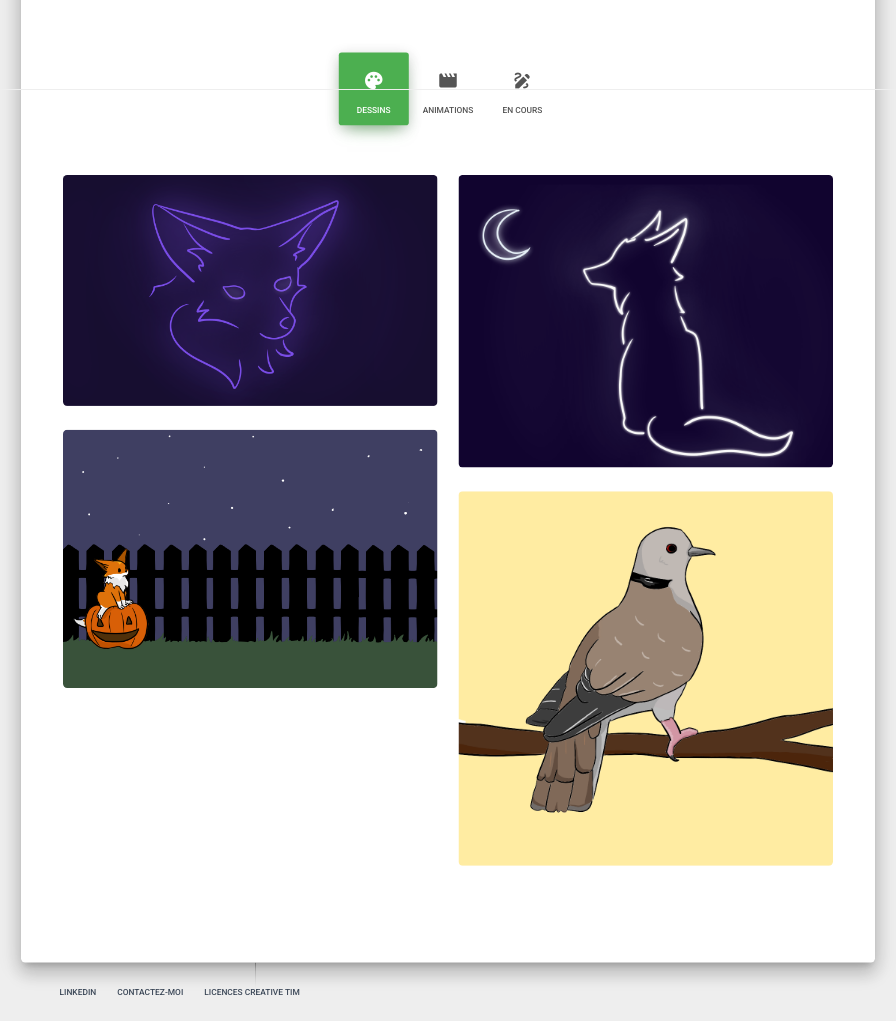
Repository: sdeschaepmeester/NewPortfolio
Page: /#/design
An editor plug-in stored every save of this project. The page is shown before and after the next save, followed by the edit.
The browser window is 1280 px wide. The pictures show the part of the page from y = 507 to 2427 px (the page is 1966 px tall before and 2733 px after), at 70% of full size.
Some web libraries are served in a nearby version. The project was rebuilt for these pictures with package versions that can differ from the ones it lists, and the page was loaded fresh each time. Also part of the build but not shown: vue.config.js, src/views/components/APropos.vue, src/views/components/NavigationSection.vue, src/views/components/SmallNavigationSection.vue, src/components/Dropdown.vue, src/components/Pagination.vue, src/components/Slider.vue, src/components/Badge.vue and 13 more.

Above is the page before, as saved 2022-07-08 15:33:43.

### public/index.html
<!--

=========================================================
* Vue Material Kit - v1.2.2
=========================================================

* Product Page: https://www.creative-tim.com/product/vue-material-kit
* Copyright 2019 Creative Tim (https://www.creative-tim.com)
* Licensed under MIT (https://github.com/creativetimofficial/vue-material-kit/blob/master/LICENSE.md)

* Coded by Creative Tim

=========================================================

* The above copyright notice and this permission notice shall be included in all copies or substantial portions of the Software.

-->

<!DOCTYPE html>
<html lang="en">
  <head>
    <meta charset="utf-8">
    <meta http-equiv="X-UA-Compatible" content="IE=edge">
    <meta name="viewport" content="width=device-width,initial-scale=1.0">
    <link rel="icon" href="<%= BASE_URL %>favicon.png">
    <title>Portfolio - Samantha Deschaepmeester</title>

    <!--  Fonts and icons     -->
    <link rel="stylesheet" type="text/css" href="https://fonts.googleapis.com/css?family=Roboto:300,400,500,700|Roboto+Slab:400,700|Material+Icons" />
    <link rel="stylesheet" href="//fonts.googleapis.com/icon?family=Material+Icons">
    <link href="https://use.fontawesome.com/releases/v5.0.8/css/all.css" rel="stylesheet">
  </head>
  <body>
    <noscript>
      <strong>We're sorry but vue-material-kit doesn't work properly without JavaScript enabled. Please enable it to continue.</strong>
    </noscript>
    <div id="app"></div>
    <!-- built files will be auto injected -->
  </body>
</html>

### src/views/Design.vue
<template>
  <div class="wrapper">
    <parallax
      class="section page-header header-filter"
      :style="headerStyle"
    ></parallax>
    <div class="main main-raised">
      <div class="section profile-content">
        <div class="container">
          <div class="md-layout">
            <div class="md-layout-item md-size-50 mx-auto">
              <div class="profile">
                <div class="avatar">
                </div>
                <div class="name">
                  <h3 class="title">Design</h3>
                </div>
              </div>
            </div>
          </div>
          <div class="description text-center">
            <p>
              Férue de dessin et de peinture, j'ai pris l'initiative d'apprendre par moi-même le dessin sur tablette, pour par la suite apprendre à faire des animations 2D.
            </p>
          </div>
          <h5>Beaucoup de ces dessins représente un renard ou espèce proche; étant actuellement entrain de développer un jeu où le personnage principal
             est un renard, j'essaie de perfectionner mon style en dessinant les personnages de cet univers pour pouvoir un jour réaliser la promotion de mon jeu moi-même.
          </h5>
          <div class="profile-tabs">
            <tabs
              :tab-name="['Dessins', 'Animations', 'En cours']"
              :tab-icon="['palette', 'movie', 'draw']"
              plain
              nav-pills-icons
              color-button="success"
            >
              <!-- here you can add your content for tab-content -->
              <template slot="tab-pane-1">
                <div class="md-layout">
                  <div class="md-layout-item  ml-auto">
                    <img :src="tabPane1[0].image" class="rounded" />
                    <img :src="tabPane1[1].image" class="rounded" />
                  </div>
                  <div class="md-layout-item md-size-50 ml-auto">
                    <img :src="tabPane1[3].image" class="rounded" />
                    <img :src="tabPane1[2].image" class="rounded" />
                  </div>
                </div>
              </template>
              <template slot="tab-pane-2">
                <div class="md-layout">
                  <div class="md-layout-item md-size-25 ml-auto">
                    <img :src="tabPane2[0].image" class="rounded" />
                    <img :src="tabPane2[1].image" class="rounded" />
                    <img :src="tabPane2[2].image" class="rounded" />
                  </div>
                  <div class="md-layout-item md-size-25 mr-auto">
                    <img :src="tabPane2[3].image" class="rounded" />
                    <img :src="tabPane2[4].image" class="rounded" />
                  </div>
                </div>
              </template>
              <template slot="tab-pane-3">
                <div class="md-layout">
                  <div class="md-layout-item md-size-25 ml-auto">
                    <img :src="tabPane3[0].image" class="rounded" />
                    <img :src="tabPane3[1].image" class="rounded" />
                  </div>
                  <div class="md-layout-item md-size-25 mr-auto">
                    <img :src="tabPane3[2].image" class="rounded" />
                    <img :src="tabPane3[3].image" class="rounded" />
                    <img :src="tabPane3[4].image" class="rounded" />
                  </div>
                </div>
              </template>
            </tabs>
          </div>
        </div>
      </div>
    </div>
  </div>
</template>

<script>
import { Tabs } from "@/components";
export default {
  components: {
    Tabs
  },
  bodyClass: "profile-page",
  data() {
    return {
      tabPane1: [
        { image: require("@/assets/img/drawing/neon-fox.png") },
        { image: require("@/assets/img/drawing/fox-pumpkin.png") },
        { image: require("@/assets/img/drawing/andrew.png") },
        { image: require("@/assets/img/drawing/foxmoon.png") },
        { image: require("@/assets/img/drawing/github.png") },
        { image: require("@/assets/img/drawing/black-fox.png") },
        { image: require("@/assets/img/drawing/fox-silhouette1.png") },
        { image: require("@/assets/img/drawing/fox-silhouette2.png") },
        { image: require("@/assets/img/drawing/fox-sketch.png") },
        { image: require("@/assets/img/drawing/knight_full.png") },
        { image: require("@/assets/img/drawing/knight.png") },
        { image: require("@/assets/img/drawing/logo.png") },
        { image: require("@/assets/img/drawing/coyote.png") },
      ],
      tabPane2: [
        { image: require("@/assets/img/animation/dog_computer.gif") },
        { image: require("@/assets/img/animation/fox_painting.gif") },
        { image: require("@/assets/img/animation/fox_first_anim.gif") },
        { image: require("@/assets/img/animation/fox_shelf.gif") },
        { image: require("@/assets/img/animation/fox_munching.gif") },
      ],
      tabPane3: [
        { image: require("@/assets/img/examples/mariya-georgieva.jpg") },
        { image: require("@/assets/img/examples/studio-3.jpg") },
        { image: require("@/assets/img/examples/clem-onojeghuo.jpg") },
        { image: require("@/assets/img/examples/olu-eletu.jpg") },
        { image: require("@/assets/img/examples/studio-1.jpg") }
      ]
    };
  },
  props: {
    header: {
      type: String,
      default: require("@/assets/img/design.png")
    },
    img: {
      type: String,
      default: require("@/assets/img/faces/christian.jpg")
    }
  },
  computed: {
    headerStyle() {
      return {
        backgroundImage: `url(${this.header})`
      };
    }
  }
};
</script>

<style lang="scss" scoped>
.section {
  padding: 0;
}

.profile-tabs::v-deep {
  .md-card-tabs .md-list {
    justify-content: center;
  }

  [class*="tab-pane-"] {
    margin-top: 3.213rem;
    padding-bottom: 50px;

    img {
      margin-bottom: 2.142rem;
    }
  }
}
</style>

### src/layout/MainFooter.vue
<template>
  <footer
    class="footer"
    :class="{ [`footer-${type}`]: type }"
    :data-background-color="backgroundColor"
  >
    <div class="container">
      <nav>
        <ul>
          <li>
            <a href="https://www.linkedin.com/in/samantha-deschaepmeester/">
              LinkedIn
            </a>
          </li>
          <li>
            <a href="mailto:deschaepmeester.samantha@gmail.com">
              Contactez-moi
            </a>
          </li>
          <li>
            <a href="https://www.creative-tim.com/license">
              Licences Creative Tim
            </a>
          </li>
        </ul>
      </nav>
    </div>
  </footer>
</template>
<script>
export default {
  props: {
    backgroundColor: String,
    type: String
  },
  data() {
    return {
      year: new Date().getFullYear()
    };
  }
};
</script>
<style></style>

### src/assets/scss/material-kit/_carousel.scss
.VueCarousel-pagination {
  position: absolute;
  bottom: 5px;
  margin-bottom: 15px;
}

.VueCarousel-wrapper {
  border-radius: $border-radius-large;
}

.VueCarousel-dot {
  width: 10px !important;
  height: 10px !important;
  padding: 0 !important;
  margin: 10px;
  border: 1px solid #fff;
  background: #FFF !important;
  box-shadow: 0 2px 2px 0 rgba(0,0,0,.14), 0 3px 1px -2px rgba(0,0,0,.12), 0 1px 5px 0 rgba(0,0,0,.2);
  border-radius: 2px !important;
  transition: all .3s linear;

  &:focus {
    outline: 0 !important;
  }
}

.VueCarousel-dot--active {
  margin-top: 10px;
  transform: scale(1.5);
  box-shadow: 0 4px 5px 0 rgba(0,0,0,.14), 0 1px 10px 0 rgba(0,0,0,.12), 0 2px 4px -1px rgba(0,0,0,.2);
}

.carousel-caption {
  position: absolute;
  bottom: 25px;
  left: 0;
  right: 0;
  text-align: center;
  padding-top: 20px;
  padding-bottom: 45px;

  &,
  .md-icon,
  .fa,
  .fab,
  .fas {
    color: $white-color !important;
  }
}

.VueCarousel-navigation-prev {
  left: 95px !important;

}

.VueCarousel-navigation-next {
  right: 95px !important;
}

.VueCarousel-navigation-prev i,
.VueCarousel-navigation-next i {
  font-size: 50px;
  color: $white-color !important;
  opacity: .5;

  &:hover {
    opacity: 1;
  }
}

.VueCarousel-slide {
  position: relative;
}

### src/assets/scss/material-kit/_autocomplete.scss
.md-menu-content:not(.md-select-menu) .md-menu-content-container .md-list {
  .md-list-item {
    margin: 0 .3125rem;

    &:not(:last-child) {
      margin-bottom: 5px;
    }

    .md-list-item-button {
      background-color: transparent;
      color: $gray-dark !important;
      border-radius: 3px;

      &:hover {
        background-color: $brand-primary !important;
        @include shadow-big-color($brand-primary);
        color: #FFF !important;
      }

      .md-list-item-content {
        min-height: 38px;
        font-size: 13px;

        span {
          top: auto;
          left: auto;
          right: 0;
          padding-left: 15px;
          padding-right: 15px;
        }
      }
    }
  }
}

### src/assets/scss/material-kit/_info-areas.scss
.info{
    max-width: 360px;
    margin: 0 auto;
    padding: 70px 0 30px;

    .icon{
        color: $gray-color;

        > i{
            font-size: 3.85rem !important;
            min-width: auto;
            width: auto;
            height: auto;
            vertical-align: unset;
        }
    }
    .info-title{
        color: $black-color;
        margin: 0.875rem * 2 0 0.875rem;
    }
    p{
        color: $gray-color;
    }
}

.info-horizontal{
    .icon{
        float: left;
        margin-top: 24px;
        margin-right: 10px;

        >i{
            font-size: $font-size-h2;
        }
    }
    .description{
        overflow: hidden;
    }

}

.icon {

  &.icon-primary i{
    color: $brand-primary !important;
    }
  &.icon-info i{
    color: $brand-info !important;
  }
  &.icon-success i{
    color: $brand-success !important;
  }
  &.icon-warning i{
    color: $brand-warning !important;
  }
  &.icon-danger i{
    color: $brand-danger !important;
  }
  &.icon-rose i{
    color: $brand-rose !important;
}
}

### src/assets/scss/material-kit/_badges.scss
.badge {
  display: inline-block;
  border-radius: $border-radius-label;
  padding: 5px 12px;
  text-transform: uppercase;
  font-size: 10px;
  color: $white-color;
  font-weight: 500;
  line-height: 1;
  text-align: center;
  white-space: nowrap;
  vertical-align: baseline;

  &:not(:last-child) {
    margin-right: 5px;
  }

  @include badge-color();
}


.badge-default[href]:hover,
.badge-default[href]:focus {
  background-color: darken($gray-light, 5%);
}

.badge-primary[href]:hover,
.badge-primary[href]:focus {
  background-color: darken($brand-primary, 5%);
}

.badge-info[href]:hover,
.badge-info[href]:focus {
  background-color: darken($brand-info, 5%);
}

.badge-success[href]:hover,
.badge-success[href]:focus {
  background-color: darken($brand-success, 5%);
}

.badge-warning[href]:hover,
.badge-warning[href]:focus {
  background-color: darken($brand-warning, 5%);
  color: $white-color;
}

.badge-danger[href]:hover,
.badge-danger[href]:focus {
  background-color: darken($brand-danger, 5%);
}
.badge-rose[href]:hover,
.badge-rose[href]:focus {
  background-color: darken($brand-rose, 5%);
}

### src/assets/scss/material-kit/_tables.scss
.md-table-cell-container{
  padding: 0;
  .md-table-cell:last-child &{
    padding-right: 0;
    text-align: right;
    display: flex;
  }
}
.md-table-head-container{
  height: auto;
  padding: 0;
}
.md-tabs-content table thead{
  display: none;
}

.md-tabs-container tbody .md-table-row:first-child td{
  border: 0;
}

.md-table-cell{
  padding: 12px 8px;
  font-size: $font-size-base;
}

.md-table-head-label{
  font-size: $font-size-h5;
  padding-left: 8px;
  font-weight: 300;
}

.md-table .md-table-row:hover .md-table-cell{
  background-color: transparent !important;
}

.md-table .md-table-row:hover{
  background: $table-bg-hover !important;
}

.md-card-plain .md-card-content > div .md-table .md-table-content,
.md-card-plain .md-card-content > div .md-table {
  background-color: transparent !important;
}

.md-table{
  &[table-header-color="orange"] .md-table-head{
    color: $brand-warning !important;
  }
  &[table-header-color="purple"] .md-table-head{
    color: $brand-primary !important;
  }
  &[table-header-color="blue"] .md-table-head{
    color: $brand-info !important;
  }
  &[table-header-color="red"] .md-table-head{
    color: $brand-danger !important;
  }
  &[table-header-color="green"] .md-table-head{
    color: $brand-success !important;
  }

  .md-table-row td{
    border-top-color: rgba(0,0,0,.06) !important;
  }
}

### src/assets/scss/material-kit/_headers.scss
.page-header{
    height: 100vh;
    background-position: center center;
    background-size: cover;
    margin: 0;
    padding: 0;
    border: 0;
    display: flex;
    align-items: center;
    justify-content: center;

    .carousel .carousel-indicators{
        bottom: 60px;
    }

    > .container{
        color: $white-color;
    }

    .title{
        color: $white-color;
    }

    &.header-small{
        height: 65vh;
        min-height: 65vh;
    }

    .iframe-container{
        iframe{
            width: 100%;
            box-shadow: 0 16px 38px -12px rgba(0, 0, 0, 0.56),
                        0 4px 25px 0px rgba(0, 0, 0, 0.12),
                        0 8px 10px -5px rgba(0, 0, 0, 0.2);
        }
    }
}

.header-filter{
    position: relative;

    &:before,
    &:after{
        position: absolute;
        z-index: 1;
        width: 100%;
        height: 100%;
        display: block;
        left: 0;
        top: 0;
        content: "";
    }

    .md-layout{
        z-index: 2;
        position: relative;
    }
}
.clear-filter::before {
  background: none;
}

.purple-filter:after{
  background: rgba(101, 47, 142, 0.64);
  background: linear-gradient(45deg, rgba(101, 47, 142, 0.88) 0%, rgba(125, 46, 185, 0.45) 100%);
  background: -moz-linear-gradient(135deg, rgba(101, 47, 142, 0.88) 0%, rgba(125, 46, 185, 0.45) 100%);
  background: -webkit-linear-gradient(135deg, rgba(101, 47, 142, 0.88) 0%, rgba(125, 46, 185, 0.45) 100%);
}

### src/assets/scss/material-kit/_checkboxes.scss
.md-checkbox{
  .md-checkbox-container{
    border: 1px solid rgba(0, 0, 0, .54);
    border-radius: 3px;

    .md-ripple{
      overflow: hidden;
    }
  }

  &.md-checked .md-checkbox-container{
    &:after{
      border-color: $brand-primary !important;
      top: 1px;
      left: 6px;
    }
  }

  .md-checkbox-label{
    font-weight: 400;
    font-size: .875rem;
    color: #aaa;
    padding-left: 10px;
  }

  &.md-theme-default.md-checked .md-checkbox-container{
    background-color: transparent !important;
    border-color: inherit;
  }

  &.md-theme-default.md-checked .md-ripple{
    color: inherit;
  }

  &.md-disabled .md-checkbox-label,
  &.md-disabled .md-checkbox-container{
    opacity: .26;
    border-color: rgba(0, 0, 0, .54) !important;
  }

  &.md-checked.md-disabled .md-checkbox-container{
    background-color: transparent !important;
    border-color: rgba(0, 0, 0, .54) !important;
    opacity: .26;

    &:after{
      border-color: rgba(0, 0, 0, .54) !important;
    }
  }
}

### src/assets/scss/material-kit/_togglebutton.scss
.md-switch .md-switch-thumb .md-ripple,
.md-switch .md-switch-thumb:before {
  overflow: hidden;
}

.md-switch {
  display: flex;
  margin: 0;

  .md-switch-label {
    color: rgba(0,0,0,.26);
    font-size: 14px;
    line-height: 1.42857;
    font-weight: 400;
    margin-bottom: .5rem;
  }

  .md-switch-container{
    background-color: rgba(80,80,80,.7) !important;
  }

  .md-switch-thumb {
    background-color: $white-color !important;
    border: 1px solid rgba(0,0,0,.54);
    box-shadow: 0 1px 3px 1px rgba(0,0,0,.4);

    .md-ripple .md-ripple-wave{
      background-color: rgba(0,0,0,.54) !important;
    }
  }

  &.md-checked {
    .md-switch-thumb {
      border: 1px solid $brand-primary;

      .md-ripple .md-ripple-wave{
        background-color: rgba(156,39,176,.7) !important;
      }
    }

    .md-switch-container {
      background-color: rgba(156,39,176,.7) !important;
    }
  }
}

### src/assets/scss/material-kit/_radios.scss
.md-radio{

  .md-radio-label{
    padding-left: 10px;
    color: #aaa;
    font-size: .875rem;
    font-weight: 400;
  }

  .md-radio-container{
    border: 1px solid rgba(0,0,0,.54) !important;
    width: 15px;
    min-width: 15px;
    height: 15px;
    top: 2px;
    transition: .2s !important;

    &:after{
      transform: scale3D(0,0,0);
      transition: .2s !important;
      right: 2px;
      bottom: 2px;
      top: 2px;
      left: 2px;
      border-radius: 100%;
    }

    .md-ripple{
      overflow: hidden;

      .md-ripple-wave{
        background-color: $brand-primary;
      }
    }
  }

  &.md-checked .md-radio-container{
    border-color: $brand-primary !important;

    &:after{
      background-color: $brand-primary !important;
    }
  }

  &.md-disabled .md-radio-label,
  &.md-disabled .md-radio-container{
    opacity: .26;
    border-color: rgba(0, 0, 0, .54) !important;
  }

  &.md-checked.md-disabled .md-radio-container{
    background-color: transparent !important;
    border-color: rgba(0, 0, 0, .54) !important;
    opacity: .26;

    &:after{
      background-color: rgba(0, 0, 0, .54) !important;
    }
  }
}

### src/assets/scss/material-kit/_footers.scss
footer{
    padding: $padding-base 0;

    nav,
    .copyright{
      display: inline-block;
    }

    ul{
    padding: 0;
    margin: 0;
    list-style: none;

        li{
            display: inline-block;

            a{
                color: inherit !important;
                padding: $padding-base;
                font-weight: $font-weight-bold;
                font-size: $mdb-btn-font-size-base;
                text-transform: uppercase;
                border-radius: $border-radius-base;
                text-decoration: none;
                position: relative;
                display: block;

                &:hover{
                    text-decoration: none;
                }
            }

          &:first-child a{
            margin-left: -15px;
          }
        }
    }

    .copyright{
        padding: 15px 0;
        margin: 0;
        .md-icon{
            font-size: 18px !important;
            color: inherit !important;
            width: auto !important;
            min-width: auto !important;

        }
    }
}

### src/components/Parallax.vue
<template>
  <div :style="styles">
    <slot></slot>
  </div>
</template>
<script>
function debounce(func, wait, immediate) {
  let timeout;
  return function() {
    const context = this,
      args = arguments;
    clearTimeout(timeout);
    timeout = setTimeout(() => {
      timeout = null;
      if (!immediate) func.apply(context, args);
    }, wait);
    if (immediate && !timeout) func.apply(context, args);
  };
}
export default {
  name: "parallax",
  data() {
    return {
      styles: {},
      debounceTimeout: 6
    };
  },
  methods: {
    handleScroll(scrollVal) {
      let oVal = scrollVal / 3;
      this.styles = {
        transform: `translate3d(0, ${oVal}px,0)`
      };
    },
    checkForParallax(scrollVal) {
      let fn = debounce(
        () => this.handleScroll(scrollVal),
        this.debounceTimeout
      );
      fn();
    }
  },
  mounted() {
    let self = this;
    window.addEventListener("scroll", function() {
      if (window.innerWidth > 991) {
        let scrollVal = this.scrollY;
        self.checkForParallax(scrollVal);
      }
    });
  }
};
</script>

Loaded but not shown: src/main.js (common file); src/App.vue (common file); src/plugins/material-kit.js (common file); src/plugins/globalDirectives.js (common file); src/plugins/globalMixins.js (common file); src/plugins/globalComponents.js (common file); src/components/index.js (common file); src/layout/MobileMenu.vue (common file); src/assets/scss/material-kit/mixins/_transparency.scss (common file); src/assets/scss/material-kit/plugins/_perfect-scrollbar.scss (common file); src/assets/scss/material-kit/plugins/_plugin-nouislider.scss (common file); src/assets/scss/material-kit/_images.scss (common file); src/assets/scss/material-kit/_progress.scss (common file); src/assets/scss/material-kit/_layout.scss (common file); src/router.js (77 lines, source omitted); src/assets/scss/material-kit/_variables.scss (1135 lines, source omitted); src/assets/scss/material-kit/_cards.scss (546 lines, source omitted); src/assets/scss/material-kit/_colors.scss (339 lines, source omitted); src/assets/scss/material-kit/_mixins.scss (393 lines, source omitted); src/assets/scss/material-kit/_responsive.scss (460 lines, source omitted); src/assets/scss/material-kit/_navbars.scss (404 lines, source omitted); src/assets/scss/material-kit/mixins/_vendor-prefixes.scss (176 lines, source omitted); src/assets/scss/material-kit/_inputs.scss (296 lines, source omitted); src/assets/scss/material-kit/_shadows.scss (148 lines, source omitted); src/layout/MainNavbar.vue (177 lines, source omitted); src/assets/scss/material-kit/_buttons.scss (242 lines, source omitted); src/assets/scss/material-kit/_popups.scss (164 lines, source omitted); src/assets/scss/material-kit/_example-pages.scss (170 lines, source omitted); src/assets/scss/material-kit/_dropdown.scss (151 lines, source omitted); src/assets/scss/material-kit/_pagination.scss (125 lines, source omitted); src/assets/demo.css (206 lines, source omitted); src/assets/scss/material-kit/_pills.scss (117 lines, source omitted); src/assets/scss/material-kit/_misc.scss (160 lines, source omitted); src/assets/scss/material-kit/_alerts.scss (104 lines, source omitted); src/components/Tabs.vue (81 lines, source omitted); src/assets/scss/material-kit/_datepicker.scss (104 lines, source omitted); src/assets/scss/material-kit.scss (58 lines, source omitted); src/assets/scss/material-kit/_dialogs.scss (113 lines, source omitted); src/assets/scss/material-kit/_typography.scss (95 lines, source omitted); src/assets/scss/material-kit/_tabs.scss (87 lines, source omitted)

After the next save:
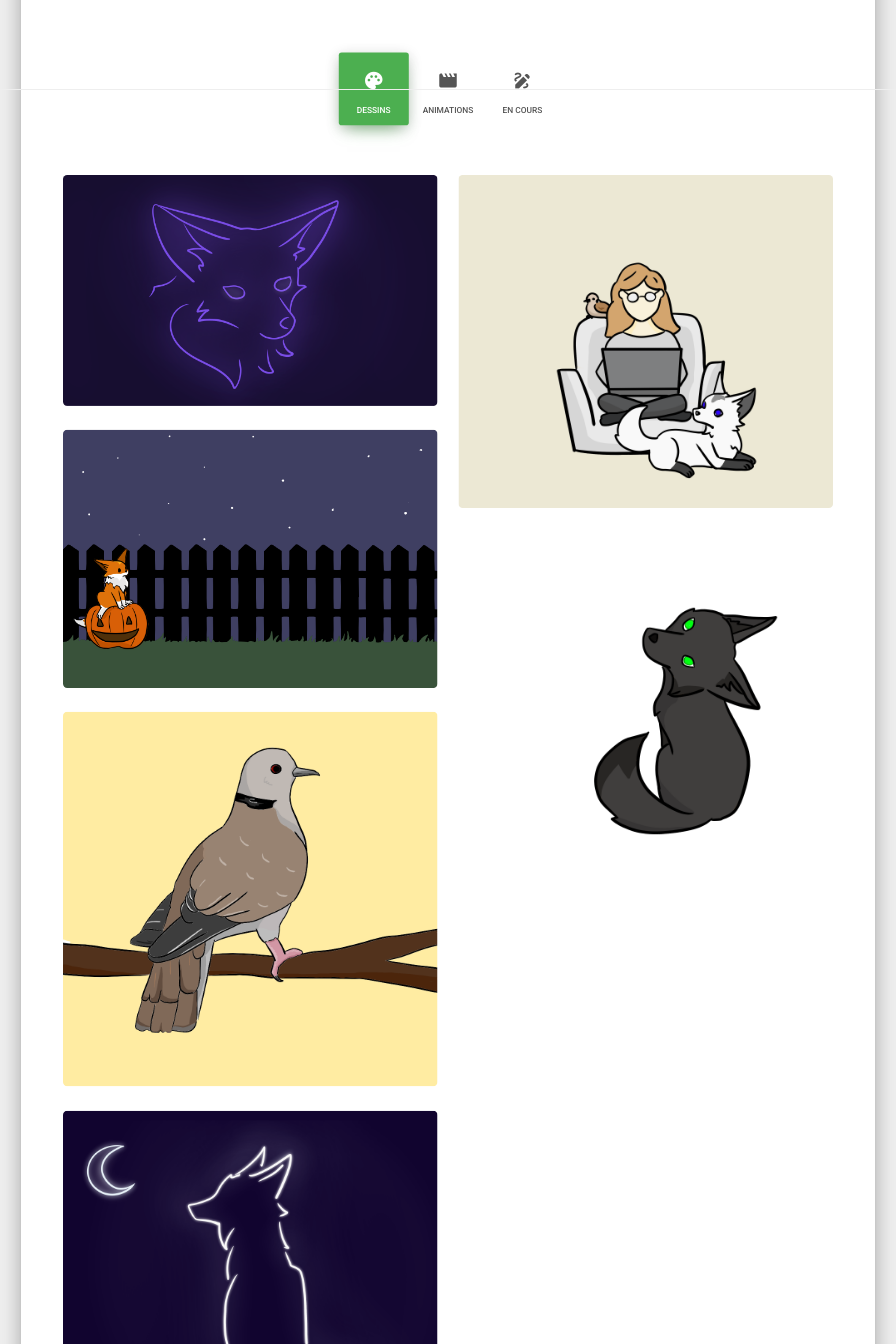
Saved 48 s later.
--- a/src/views/Design.vue
+++ b/src/views/Design.vue
@@ -40,10 +40,12 @@
                   <div class="md-layout-item  ml-auto">
                     <img :src="tabPane1[0].image" class="rounded" />
                     <img :src="tabPane1[1].image" class="rounded" />
+                    <img :src="tabPane1[2].image" class="rounded" />
+                    <img :src="tabPane1[3].image" class="rounded" />
                   </div>
                   <div class="md-layout-item md-size-50 ml-auto">
-                    <img :src="tabPane1[3].image" class="rounded" />
-                    <img :src="tabPane1[2].image" class="rounded" />
+                    <img :src="tabPane1[4].image" class="rounded" />
+                    <img :src="tabPane1[5].image" class="rounded" />
                   </div>
                 </div>
               </template>
